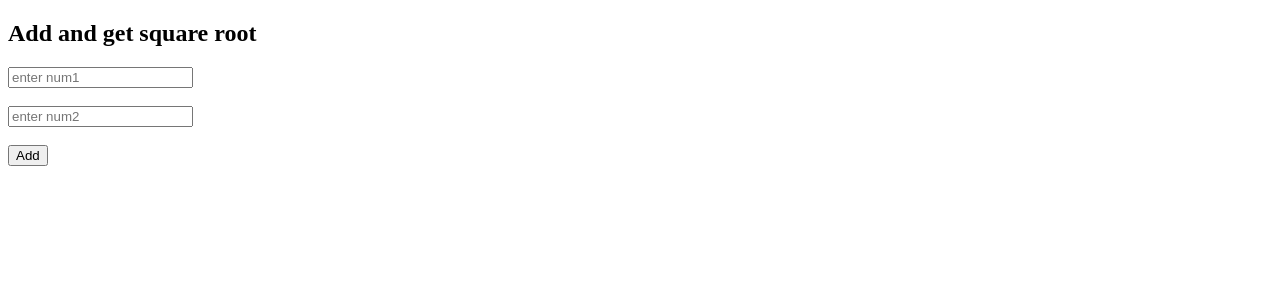
Repository: SanjaySokal/learn-java
Page: SumSquare/src/main/webapp/Form.html
The author's editor kept a copy of each file at every save. The page is drawn from the files as they stood at one save, then again after the next save.
The browser window is 1280 px wide. The pictures show the whole page.

Above is the page before, as saved 2023-09-05 06:22:02.

### SumSquare/src/main/webapp/Form.html
<!DOCTYPE html>
<html>
<head>
<meta charset="UTF-8">
<title>Insert title here</title>
</head>
<body>
	<h2>Add and get square root</h2>
	<form method="get" action="add">
		<input name="num1" type="number" required placeholder="enter num1" />
		<br />
		<br />
		<input name="num2" type="number" required placeholder="enter num2" />
		<br />
		<br />
		<button type="submit">Add</button>
	</form>
</body>
</html>

After the next save:
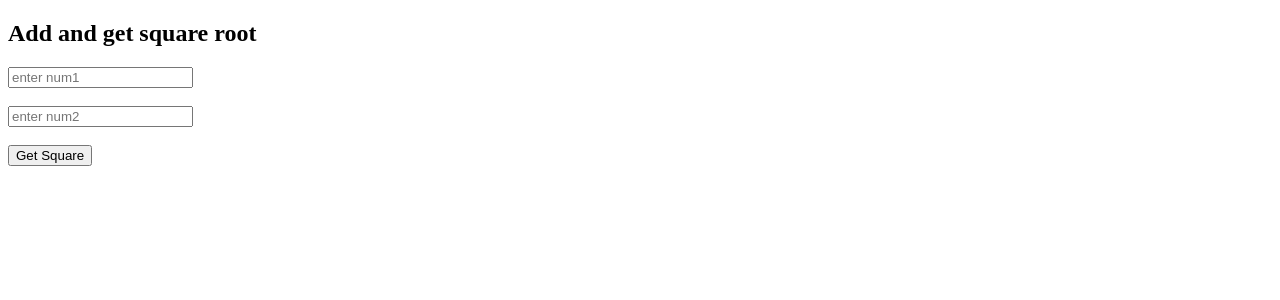
Saved 72 s later.
--- a/SumSquare/src/main/webapp/Form.html
+++ b/SumSquare/src/main/webapp/Form.html
@@ -6,14 +6,14 @@
 </head>
 <body>
 	<h2>Add and get square root</h2>
-	<form method="get" action="add">
+	<form method="post" action="add">
 		<input name="num1" type="number" required placeholder="enter num1" />
 		<br />
 		<br />
 		<input name="num2" type="number" required placeholder="enter num2" />
 		<br />
 		<br />
-		<button type="submit">Add</button>
+		<button type="submit">Get Square</button>
 	</form>
 </body>
 </html>
